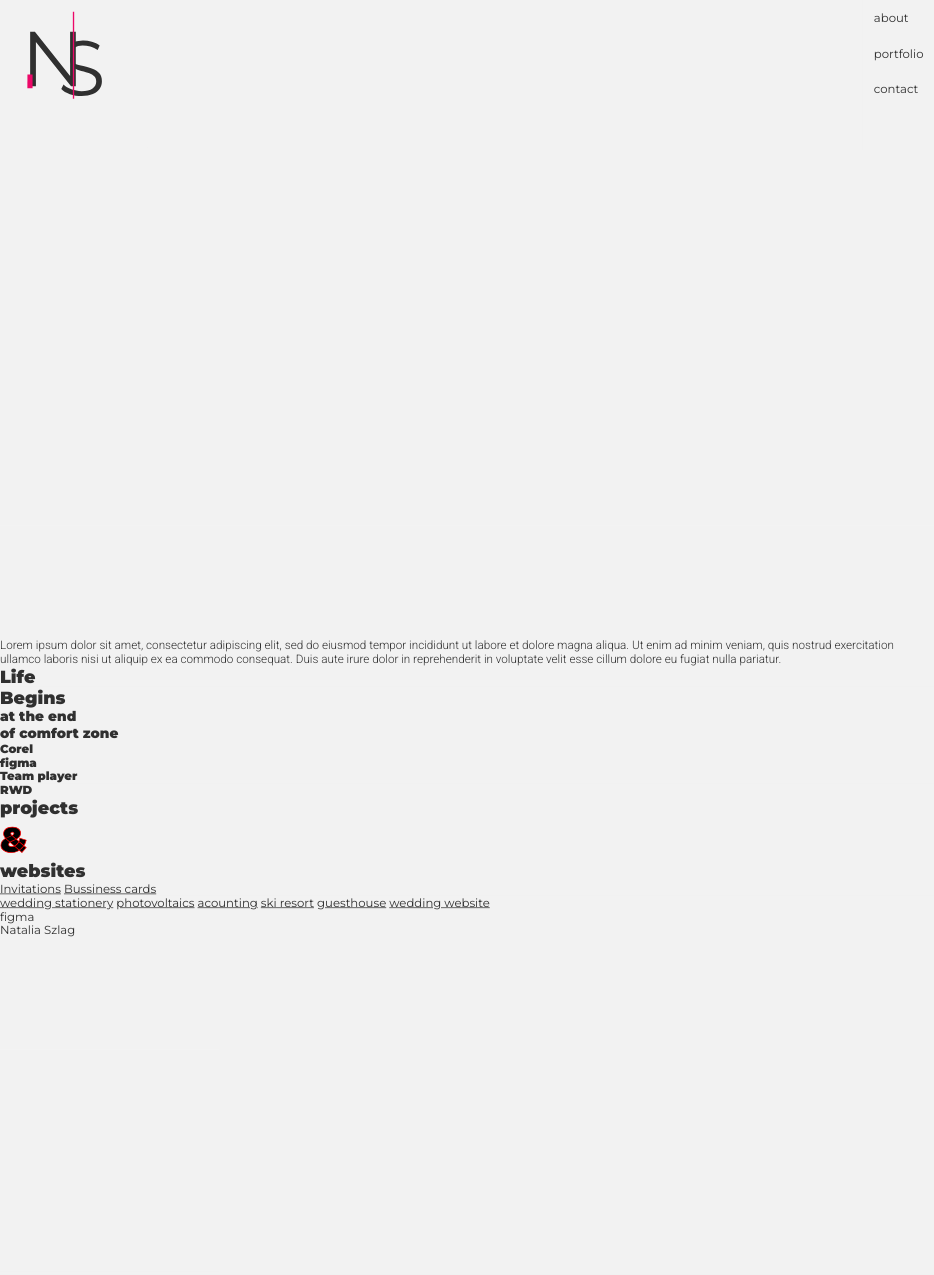
Repository: nataliaszlag/portfolio3
Page: index.html
The author's editor kept a copy of each file at every save. The page is drawn from the files as they stood at one save, then again after the next save.
The browser window is 1280 px wide. The pictures show the whole page, at 73% of full size.
The style sheet was rebuilt from its Sass, Less or Tailwind sources for each picture, by a compiler version that may differ from the author's.

Above is the page before, as saved 2020-09-26 16:46:50.

After the next save:
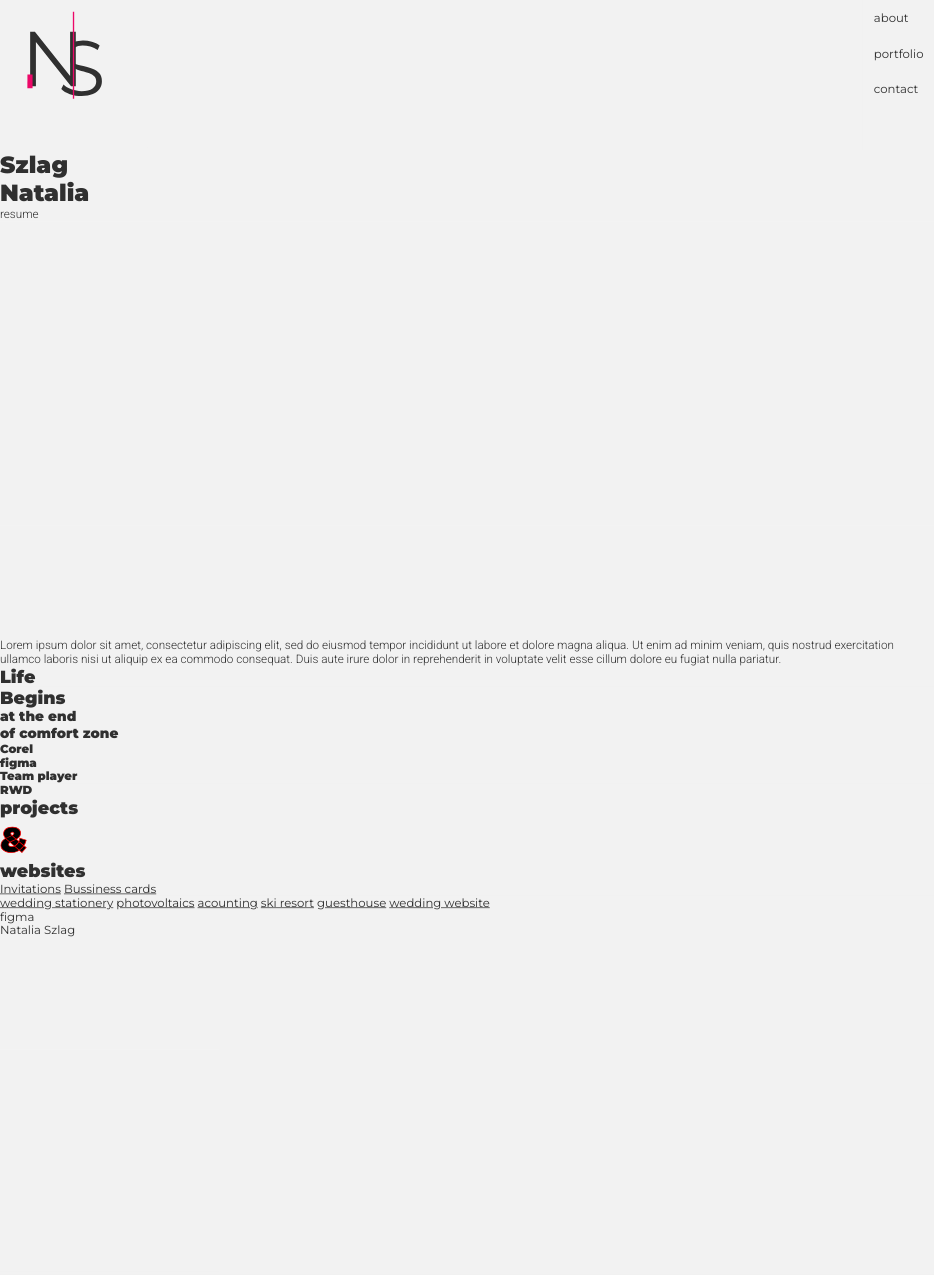
Saved 9 s later.
--- a/index.html
+++ b/index.html
@@ -25,6 +25,11 @@
                 <li class="nav-list">contact</li>
             </ul>
         </nav>
+        <h1 class="name">Szlag<br>Natalia</h1>
+        <div class="resume">
+            <icon class="resume-icon"></icon>
+            <p class="resume-p">resume</p>
+        </div>
     </header>
     <main>
         <article class="main-page">
